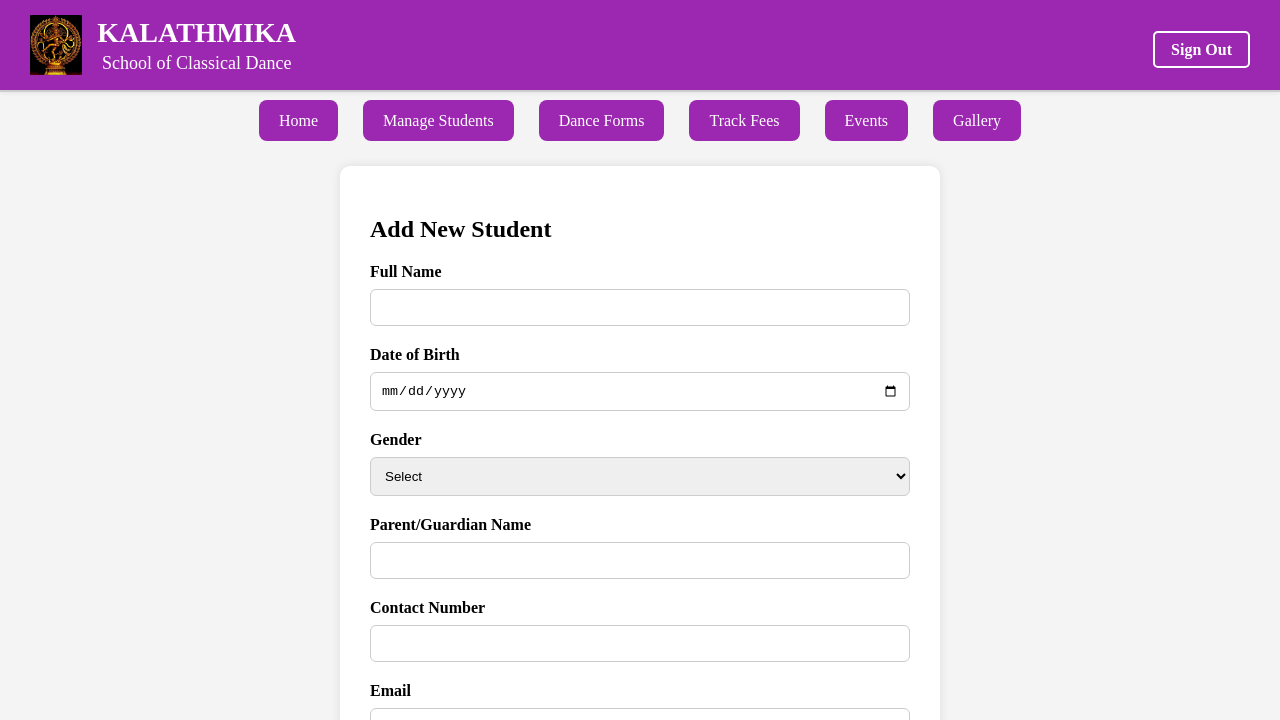
Repository: ammubancilal/LUMINAR-JDK17-STS4-SPRINGBOOT-KALATHMIKA-DANCESCHOOL
Page: http://localhost/springboot-jsp-kalathmika/WEB-INF/jsp/addNewStudent.jsp
The author's editor kept a copy of each file at every save. The page is drawn from the files as they stood at one save, then again after the next save.
The browser window is 1280 px wide. The pictures show the whole page.
An inner scrolling area shows only its first screen. The page is served by Tomcat 9. Nobody is signed in. The template is opened directly, without the code that normally fills it, so the values that code supplies are empty.

Above is the page before, as saved 2025-04-26 23:13:56.

After the next save:
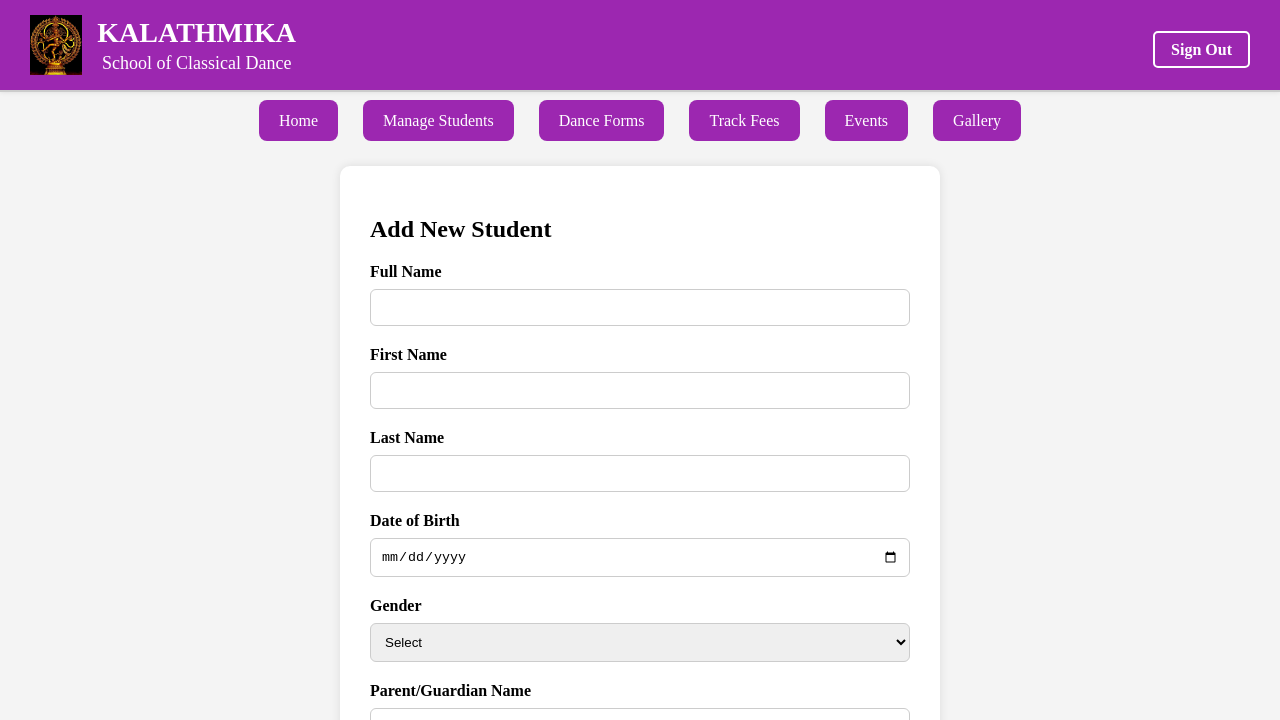
Saved 5 min 26 s later.
--- a/springboot-jsp-kalathmika/src/main/webapp/WEB-INF/jsp/addNewStudent.jsp
+++ b/springboot-jsp-kalathmika/src/main/webapp/WEB-INF/jsp/addNewStudent.jsp
@@ -87,53 +87,74 @@
 <div class="form-container">
     <h2>Add New Student</h2>
     <form action="${pageContext.request.contextPath}/admin/saveStudent" method="post">
-        <label for="stu_name">Full Name</label>
-        <input type="text" id="stuName" name="stuName" required>
+    <label for="stu_name">Full Name</label>
+    <input type="text" id="stuName" name="stuName" required>
 
-        <label for="stu_dob">Date of Birth</label>
-        <input type="date" id="stuDob" name="stuDob" required>
+    <label for="stu_firstName">First Name</label>
+    <input type="text" id="stuFirstName" name="stuFirstName" required>
 
-        <label for="stu_gender">Gender</label>
-        <select id="stuGender" name="stuGender" required>
-            <option value="">Select</option>
-            <option value="Female">Female</option>
-            <option value="Male">Male</option>
-            <option value="Other">Other</option>
-        </select>
+    <label for="stu_lastName">Last Name</label>
+    <input type="text" id="stuLastName" name="stuLastName" required>
 
-        <label for="stu_parentName">Parent/Guardian Name</label>
-        <input type="text" id="stuParentname" name="stuParentname" required>
+    <label for="stu_dob">Date of Birth</label>
+    <input type="date" id="stuDob" name="stuDob" required>
 
-        <label for="stu_contactNumber">Contact Number</label>
-        <input type="text" id="stuContactnumber" name="stuContactnumber" required>
+    <label for="stu_gender">Gender</label>
+    <select id="stuGender" name="stuGender" required>
+        <option value="">Select</option>
+        <option value="Female">Female</option>
+        <option value="Male">Male</option>
+        <option value="Other">Other</option>
+    </select>
 
-        <label for="stu_email">Email</label>
-        <input type="email" id="stuEmail" name="stuEmail" required>
+    <label for="stu_parentName">Parent/Guardian Name</label>
+    <input type="text" id="stuParentname" name="stuParentname" required>
 
-        <label for="stu_address">Address</label>
-        <textarea id="stuAddress" name="stuAddress" rows="3" required></textarea>
+    <label for="stu_contactNumber">Contact Number</label>
+    <input type="text" id="stuContactnumber" name="stuContactnumber" required>
 
-        <label for="stu_dateOfjoin">Date of Joining</label>
-        <input type="date" id="stuDateofJoin" name="stuDateofJoin" required>
+    <label for="stu_email">Email</label>
+    <input type="email" id="stuEmail" name="stuEmail" required>
 
-        <label for="stu_danceForm">Dance Form</label>
-        <select id="stuDanceform" name="stuDanceform" required>
-            <option value="">Select</option>
-            <option value="Bharatanatyam">Bharatanatyam</option>
-            <option value="Kuchipudi">Kuchipudi</option>
-            <option value="Mohiniyattam">Mohiniyattam</option>
-        </select>
+    <label for="stu_address">Address</label>
+    <textarea id="stuAddress" name="stuAddress" rows="3" required></textarea>
 
-        <label for="stu_level">Level</label>
-        <select id="stuLevel" name="stuLevel" required>
-            <option value="">Select</option>
-            <option value="Beginner">Beginner</option>
-            <option value="Intermediate">Intermediate</option>
-            <option value="Advanced">Advanced</option>
-        </select>
+    <label for="stu_dateOfjoin">Date of Joining</label>
+    <input type="date" id="stuDateofJoin" name="stuDateofJoin" required>
 
-        <button type="submit" class="btn-submit">Add Student</button>
-    </form>
+    <label for="stu_danceForm">Dance Form</label>
+    <select id="stuDanceform" name="stuDanceform" required>
+        <option value="">Select</option>
+        <option value="Bharatanatyam">Bharatanatyam</option>
+        <option value="Kuchipudi">Kuchipudi</option>
+        <option value="Mohiniyattam">Mohiniyattam</option>
+    </select>
+
+    <label for="stu_level">Level</label>
+    <select id="stuLevel" name="stuLevel" required>
+        <option value="">Select</option>
+        <option value="Beginner">Beginner</option>
+        <option value="Intermediate">Intermediate</option>
+        <option value="Advanced">Advanced</option>
+    </select>
+
+    <!-- Added new fields for username, password, and user role -->
+    <label for="username">Username</label>
+    <input type="text" id="username" name="username" required>
+
+    <label for="userPassword">Password</label>
+    <input type="password" id="userPassword" name="userPassword" required>
+
+    <label for="userRole">User Role</label>
+    <select id="userRole" name="userRole" required>
+        <option value="">Select Role</option>
+        <option value="Admin">Admin</option>
+        <option value="User">User</option>
+    </select>
+
+    <button type="submit" class="btn-submit">Add Student</button>
+</form>
+
 </div>
 
 </body>
